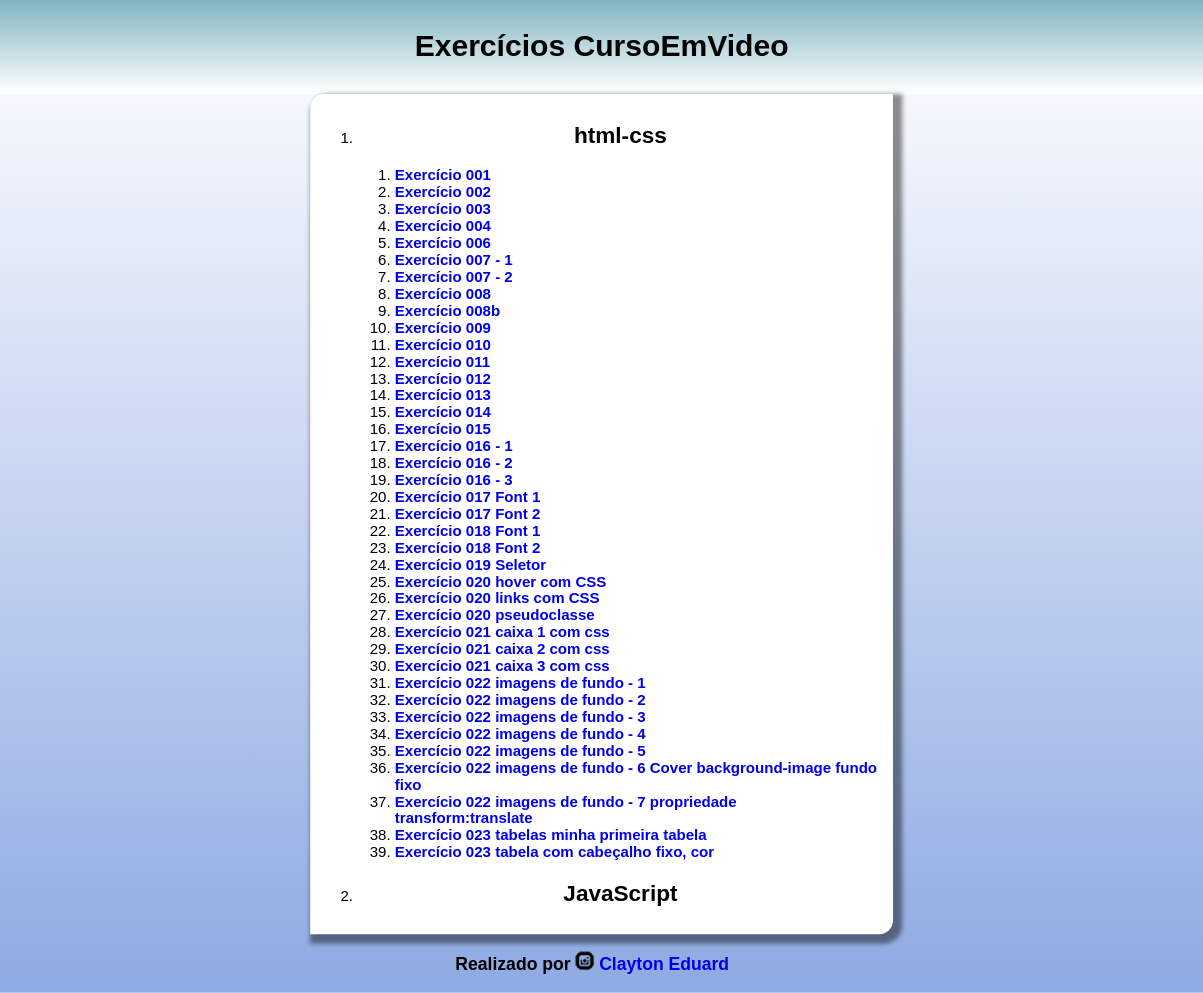
Repository: ClaytonEduard/cursoemvideo
Page: index.html
An editor plug-in stored every save of this project. The page is shown before and after the next save, followed by the edit.
The browser window is 1280 px wide. The pictures show the whole page, at 94% of full size.

Above is the page before, as saved 2022-12-08 16:34:56.

### index.html
<!DOCTYPE html>
<html lang="pt-br">

<head>
        <meta charset="UTF-8">
        <meta http-equiv="X-UA-Compatible" content="IE=edge">
        <meta name="viewport" content="width=device-width, initial-scale=1.0">
        <title>Curso em Video</title>
        <style>
                header {
                        background-image: linear-gradient(to top, white, rgba(7, 110, 133, 0.508));
                        padding: 10px;
                        margin: auto;
                        text-align: center;
                }

                body {

                        font-family: Arial, Helvetica, sans-serif;
                        margin: 0px;
                        padding: 0px;
                        background-image: linear-gradient(to bottom, rgb(255, 255, 255), rgba(33, 88, 198, 0.508));
                }

                main {
                        width: 600px;
                        background-color: white;
                        padding: 10px;
                        margin: auto;
                        border-radius: 15px 0px;
                        box-shadow: 5px 5px 5px 5px #0000006e;
                }

                a {
                        text-decoration: none;
                        font-weight: bold;
                        margin-right: 20px;
                }

                a:hover {
                        text-decoration: underline;
                        color: rgb(80, 12, 240);
                }

                h2 {
                        text-align: center;
                }

                footer {
                        background-image: linear-gradient(to bottom, rgba(7, 110, 133, 0.508));
                        text-align: center;
                }
        </style>
</head>

<body>

        <header>
                <h1>Exercícios CursoEmVideo</h1>
        </header>

        <main>
                <ol>
                        <li>
                                <h2>html-css</h2>
                        </li>

                        <ol>
                                <li><a href="https://claytoneduard.github.io/cursoemvideo/html-css/ex001/index.html"
                                                target="_blank">Exercício 001</a></li>
                                <li><a href="https://claytoneduard.github.io/cursoemvideo/html-css/ex002/index.html"
                                                target="_blank">Exercício 002</a></li>
                                <li><a href="https://claytoneduard.github.io/cursoemvideo/html-css/ex003/index.html"
                                                target="_blank">Exercício 003</a></li>
                                <li><a href="https://claytoneduard.github.io/cursoemvideo/html-css/ex004/index.html"
                                                target="_blank">Exercício 004</a></li>
                                <li><a href="https://claytoneduard.github.io/cursoemvideo/html-css/ex006/index.html"
                                                target="_blank">Exercício 006</a></li>
                                <li><a href="https://claytoneduard.github.io/cursoemvideo/html-css/ex007/html4.html"
                                                target="_blank">Exercício 007 - 1</a></li>
                                <li><a href="https://claytoneduard.github.io/cursoemvideo/html-css/ex007/html5.html"
                                                target="_blank">Exercício 007 - 2</a></li>
                                <li><a href="https://claytoneduard.github.io/cursoemvideo/html-css/ex008/index.html"
                                                target="_blank">Exercício 008</a></li>
                                <li><a href="https://claytoneduard.github.io/cursoemvideo/html-css/ex008b/index.html"
                                                target="_blank">Exercício 008b</a></li>
                                <li><a href="https://claytoneduard.github.io/cursoemvideo/html-css/ex009/index.html"
                                                target="_blank">Exercício 009</a></li>
                                <li><a href="https://claytoneduard.github.io/cursoemvideo/html-css/ex010/index.html"
                                                target="_blank">Exercício 010</a></li>
                                <li><a href="https://claytoneduard.github.io/cursoemvideo/html-css/ex011/index.html"
                                                target="_blank">Exercício 011</a></li>
                                <li><a href="https://claytoneduard.github.io/cursoemvideo/html-css/ex012/index.html"
                                                target="_blank">Exercício 012</a></li>
                                <li><a href="https://claytoneduard.github.io/cursoemvideo/html-css/ex013/index.html"
                                                target="_blank">Exercício 013</a></li>
                                <li><a href="https://claytoneduard.github.io/cursoemvideo/html-css/ex014/index.html"
                                                target="_blank">Exercício 014</a></li>
                                <li><a href="https://claytoneduard.github.io/cursoemvideo/html-css/ex015/index.html"
                                                target="_blank">Exercício 015</a></li>
                                <li><a href="https://claytoneduard.github.io/cursoemvideo/html-css/ex016/cor01.html"
                                                target="_blank">Exercício 016 - 1</a></li>
                                <li><a href="https://claytoneduard.github.io/cursoemvideo/html-css/ex016/cor02.html"
                                                target="_blank">Exercício 016 - 2</a></li>
                                <li><a href="https://claytoneduard.github.io/cursoemvideo/html-css/ex016/cor03.html"
                                                target="_blank">Exercício 016 - 3</a></li>
                                <li><a href="https://claytoneduard.github.io/cursoemvideo/html-css/ex017/font01.html"
                                                target="_blank">Exercício 017 Font 1</a></li>
                                <li><a href="https://claytoneduard.github.io/cursoemvideo/html-css/ex017/font02.html"
                                                target="_blank">Exercício 017 Font 2</a></li>
                                <li><a href="https://claytoneduard.github.io/cursoemvideo/html-css/ex018/font01.html"
                                                target="_blank">Exercício 018 Font 1</a></li>
                                <li><a href="https://claytoneduard.github.io/cursoemvideo/html-css/ex018/font02.html"
                                                target="_blank">Exercício 018 Font 2</a></li>
                                <li><a href="https://claytoneduard.github.io/cursoemvideo/html-css/ex019/seletor01.html"
                                                target="_blank">Exercício 019 Seletor</a></li>
                                <li><a href="https://claytoneduard.github.io/cursoemvideo/html-css/ex020/hover.html"
                                                target="_blank">Exercício 020 hover com CSS</a></li>
                                <li><a href="https://claytoneduard.github.io/cursoemvideo/html-css/ex020/links.html"
                                                target="_blank">Exercício 020 links com CSS</a></li>
                                <li><a href="https://claytoneduard.github.io/cursoemvideo/html-css/ex020/pseudoclasse.html"
                                                target="_blank">Exercício 020 pseudoclasse</a></li>
                                <li><a href="https://claytoneduard.github.io/cursoemvideo/html-css/ex021/caixa01.html"
                                                target="_blank">Exercício 021 caixa 1 com css</a></li>
                                <li><a href="https://claytoneduard.github.io/cursoemvideo/html-css/ex021/caixa02.html"
                                                target="_blank">Exercício 021 caixa 2 com css</a></li>
                                <li><a href="https://claytoneduard.github.io/cursoemvideo/html-css/ex021/caixa03.html"
                                                target="_blank">Exercício 021 caixa 3 com css</a></li>
                                <li><a href="https://claytoneduard.github.io/cursoemvideo/html-css/ex022/fundo001.html"
                                                target="_blank">Exercício 022 imagens de fundo - 1</a></li>
                                <li><a href="https://claytoneduard.github.io/cursoemvideo/html-css/ex022/fundo002.html"
                                                target="_blank">Exercício 022 imagens de fundo - 2</a></li>
                                <li><a href="https://claytoneduard.github.io/cursoemvideo/html-css/ex022/fundo003.html"
                                                target="_blank">Exercício 022 imagens de fundo - 3</a></li>
                                <li><a href="https://claytoneduard.github.io/cursoemvideo/html-css/ex022/fundo004.html"
                                                target="_blank">Exercício 022 imagens de fundo - 4</a></li>
                                <li><a href="https://claytoneduard.github.io/cursoemvideo/html-css/ex022/fundo005.html"
                                                target="_blank">Exercício 022 imagens de fundo - 5</a></li>
                                <li><a href="https://claytoneduard.github.io/cursoemvideo/html-css/ex022/fundo006.html"
                                                target="_blank">Exercício 022 imagens de fundo - 6 Cover
                                                background-image fundo fixo</a></li>
                                <li><a href="https://claytoneduard.github.io/cursoemvideo/html-css/ex022/fundo007.html"
                                                target="_blank">Exercício 022 imagens de fundo - 7 propriedade
                                                transform:translate </a></li>
                                <li><a href="https://claytoneduard.github.io/cursoemvideo/html-css/ex023/tabelas.html"
                                                target="_blank">Exercício 023 tabelas minha primeira tabela</a></li>

                                <li><a href="https://claytoneduard.github.io/cursoemvideo/html-css/ex023/tabela002.html"
                                                target="_blank">Exercício 023 tabela com cabeçalho fixo, cor</a></li>
                        </ol>
                        <li>
                                <h2>JavaScript</h2>
                        </li>
                </ol>
        </main>
        <footer>
                <h3>Realizado por <img src="html-css/desafios/d005/img/icone-instagram.png" alt="Clayton Eduard" />
                        <a href="https://www.instagram.com/clayton_eduard" target="_blank" rel="external">Clayton
                                Eduard</a>
                </h3>
        </footer>
</body>

</html>

After the next save:
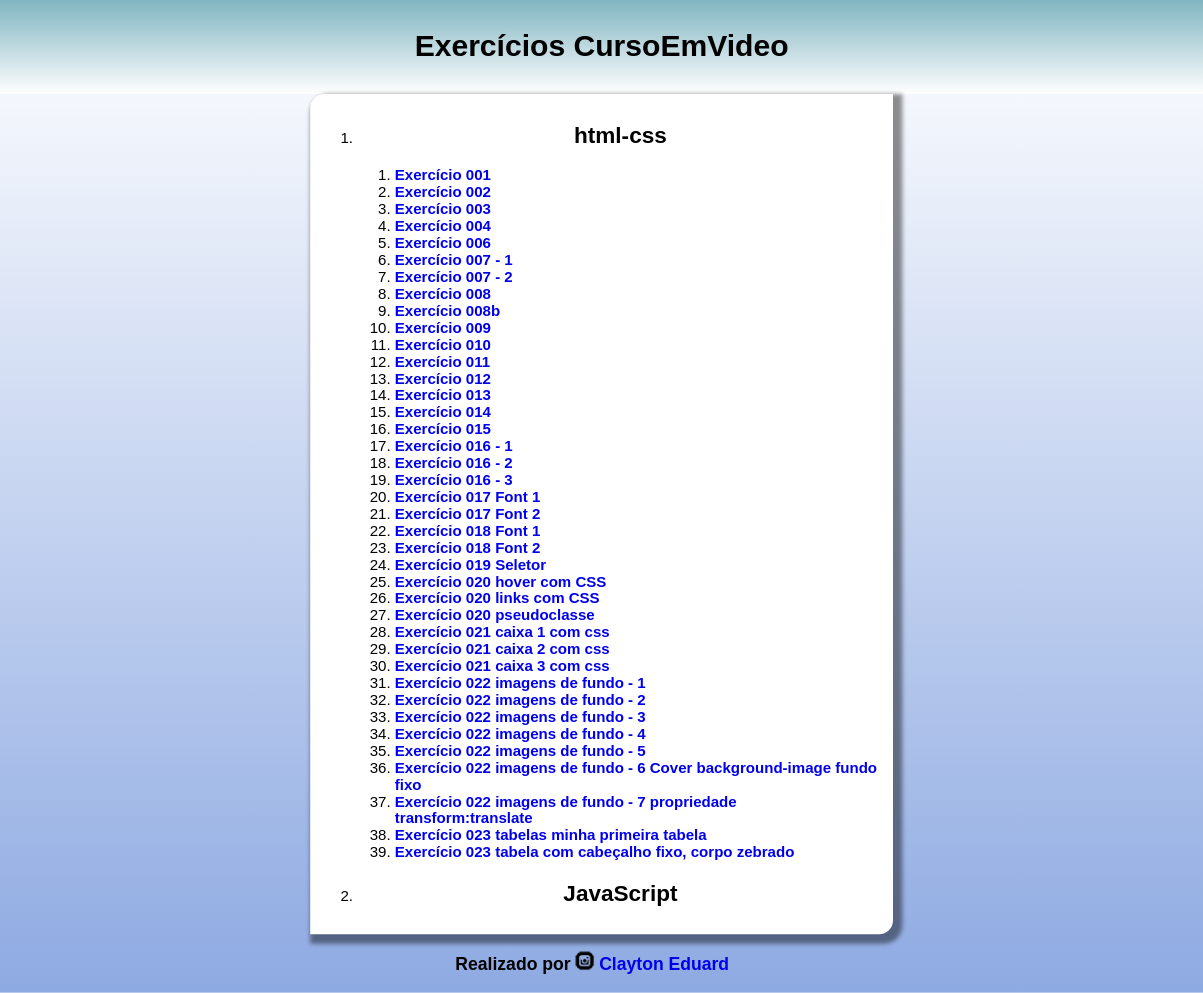
Saved 9 s later.
--- a/index.html
+++ b/index.html
@@ -146,7 +146,7 @@
                                                 target="_blank">Exercício 023 tabelas minha primeira tabela</a></li>
 
                                 <li><a href="https://claytoneduard.github.io/cursoemvideo/html-css/ex023/tabela002.html"
-                                                target="_blank">Exercício 023 tabela com cabeçalho fixo, cor</a></li>
+                                                target="_blank">Exercício 023 tabela com cabeçalho fixo, corpo zebrado</a></li>
                         </ol>
                         <li>
                                 <h2>JavaScript</h2>
